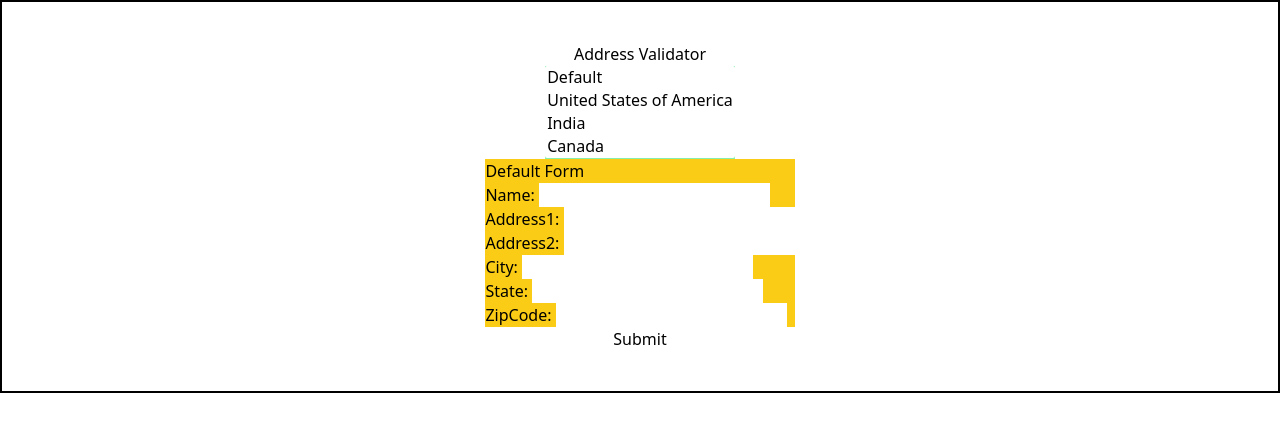
Repository: jay-singhvi/SWArchDesign_TeamProject
Page: / (app in frontend/address-validation/)
These files come from the project's save history. The page is drawn as it stood at one moment and after the next save; the edit follows.
The browser window is 1280 px wide. The pictures show the whole page.
The project was rebuilt for these pictures with package versions that can differ from the ones it lists, and the page was loaded fresh each time. Also part of the build but not shown: frontend/address-validation/src/App.css.

Above is the page before, as saved 2023-03-07 13:34:34.

After the next save:
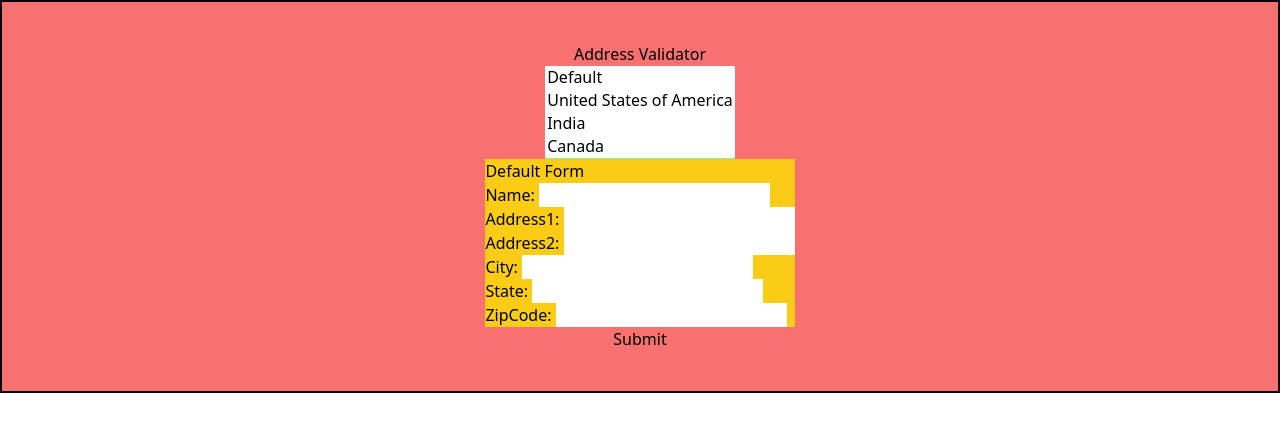
Saved 7 s later.
--- a/frontend/address-validation/src/App.js
+++ b/frontend/address-validation/src/App.js
@@ -139,7 +139,7 @@ function App() {
 
   // Give all the options of countries to user for selection
   return (
-    <div className=' items-center justify-center'>
+    <div className=' items-center bg-red-400'>
     <div className='  py-10 flex flex-col items-center border-2 border-black '>
       <h1>Address Validator</h1>
       <div className=' bg-green-300'>
